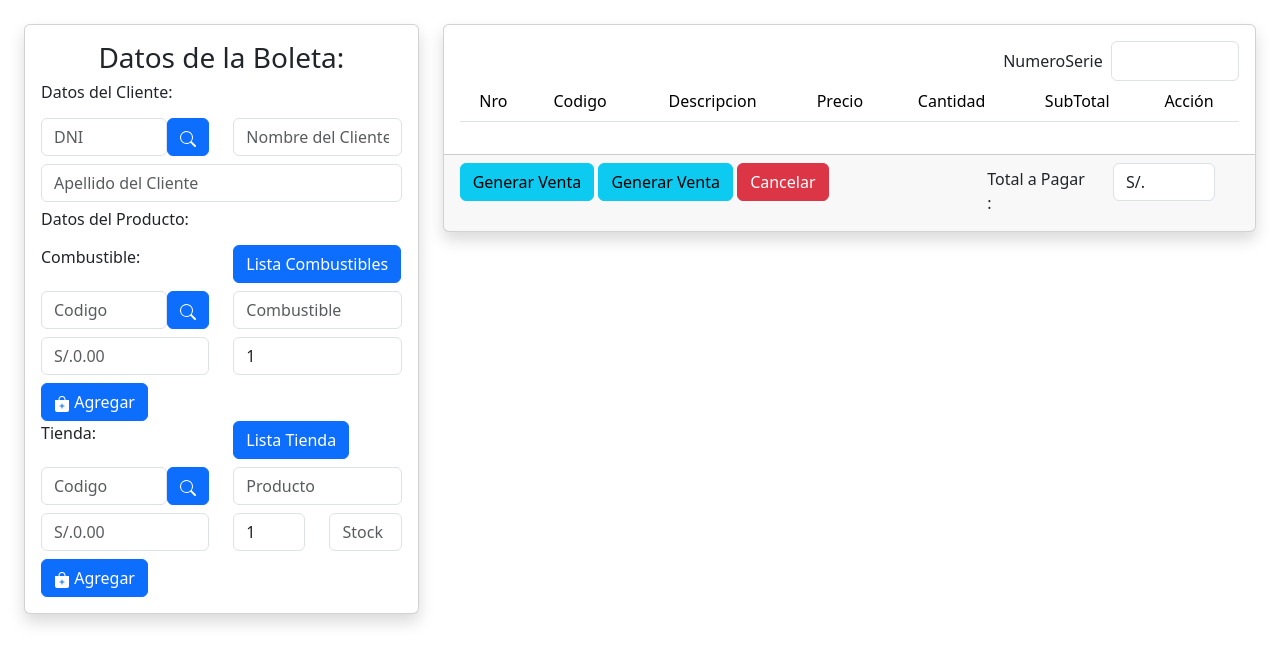
Repository: alexpool1122/evaluaciones
Page: http://localhost/Centenario2023/Ventas.jsp
An editor plug-in stored every save of this project. The page is shown before and after the next save, followed by the edit.
The browser window is 1280 px wide. The pictures show the whole page.
The page is served by Tomcat 10. The template is opened directly, without the code that normally fills it, so the values that code supplies are empty.

Above is the page before, as saved 2023-06-28 04:56:22.

After the next save:
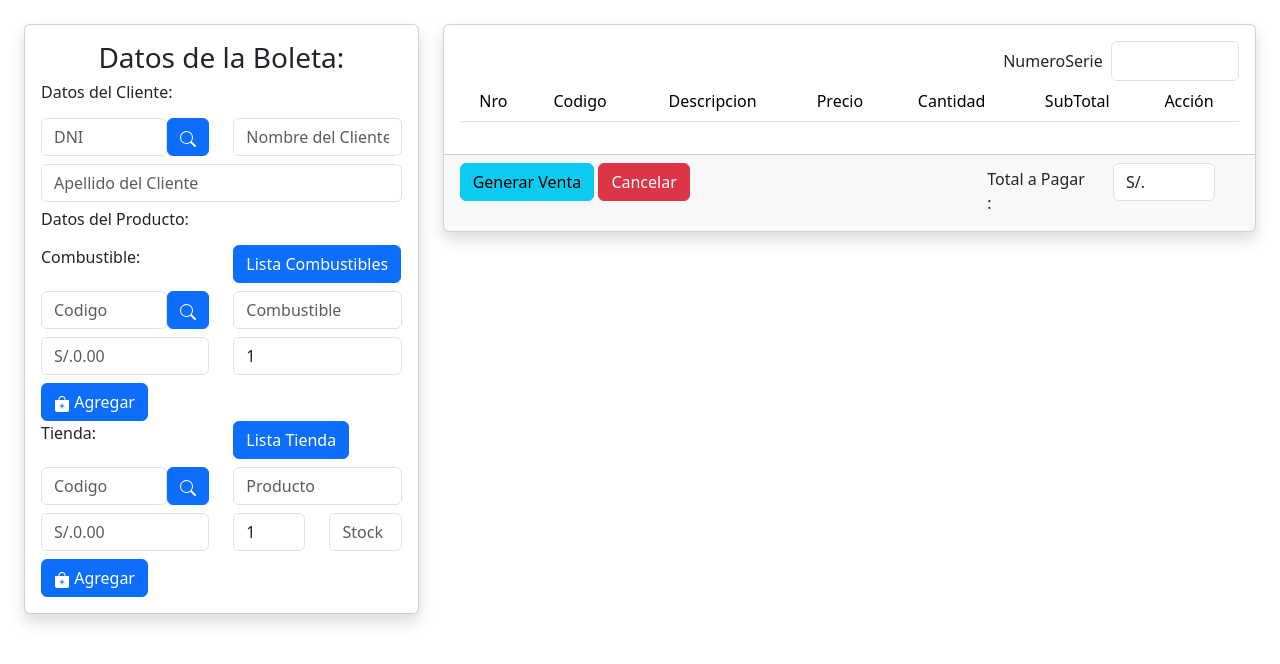
Saved 15 s later.
--- a/ProyectoFinal/Proyecto/Centenario2023/src/main/webapp/Ventas.jsp
+++ b/ProyectoFinal/Proyecto/Centenario2023/src/main/webapp/Ventas.jsp
@@ -308,7 +308,6 @@
 						<div class="row">
 							<div class="col-6">
 								<a href="Controlador?menu=Venta&accion=GenerarVenta" class="btn btn-info">Generar Venta</a>
-								<button class="btn btn-info" type="submit" value="GenerarVenta" name="agregar" id="agregar">Generar Venta</button>
 								<input class="btn btn-danger" type="submit" value="Cancelar" name="agregar" id="Cancelar">
 							</div>
 							<div class="col-6 row">
